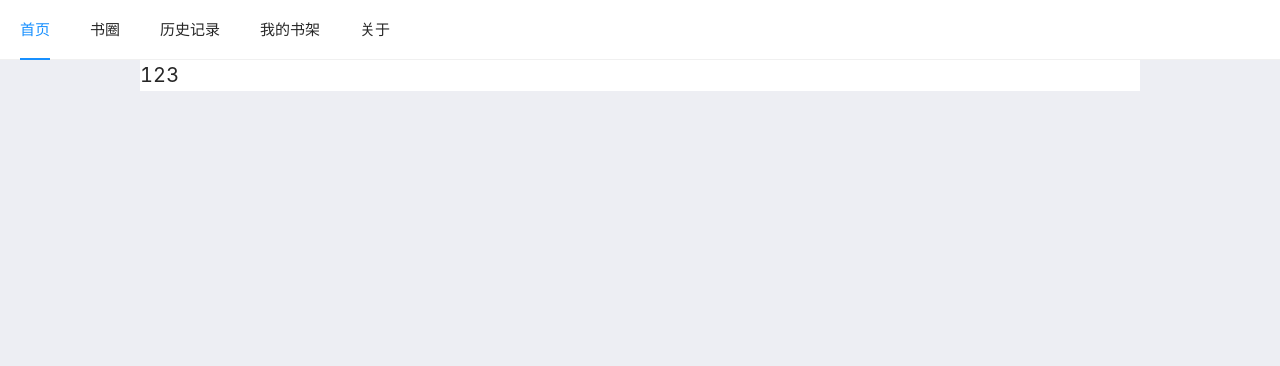
Repository: Fengjing95/book-react
Page: /
These files come from the project's save history. The page is drawn as it stood at one moment and after the next save; the edit follows.
The browser window is 1280 px wide. The pictures show the whole page.
The project was rebuilt for these pictures with package versions that can differ from the ones it lists, and the page was loaded fresh each time.

Above is the page before, as saved 2021-02-19 11:19:39.

After the next save:
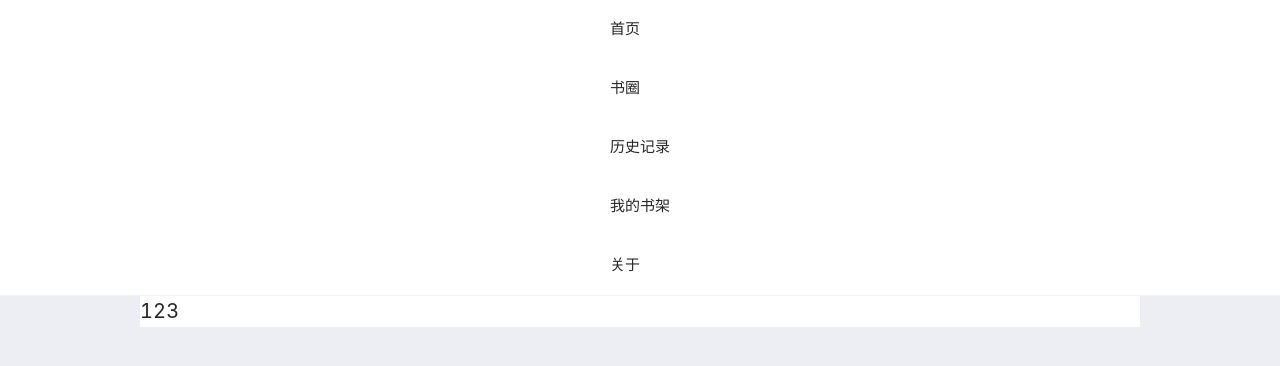
Saved 2 min 49 s later.
--- a/src/components/MyMenu/MyMenu.jsx
+++ b/src/components/MyMenu/MyMenu.jsx
@@ -29,14 +29,16 @@
       <Menu
         selectedKeys={[this.state.current]}
         mode="horizontal" onClick={this.menuHandler}
-        style={{ lineHeight: '60px', fontSize: '15px',margin: '0 auto' }}>
-        {
-          this.state.menu.map((item) => {
-            return <Menu.Item key={item.key}>
-              <Link to={item.route}>{ item.name }</Link>
-            </Menu.Item>
-          })
-        }
+        style={{ lineHeight: '60px', fontSize: '15px' }}>
+        <div style={{margin: '0 auto'}}>
+          {
+            this.state.menu.map((item) => {
+              return <Menu.Item key={item.key}>
+                <Link to={item.route}>{ item.name }</Link>
+              </Menu.Item>
+            })
+          }
+        </div>
       </Menu>
     )
   }

After the save that followed:
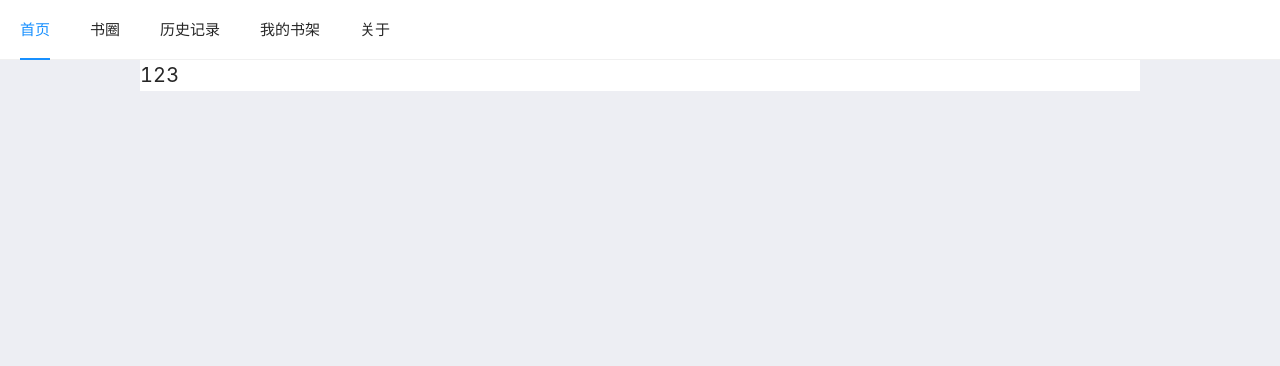
Saved 36 s later.
--- a/src/components/MyMenu/MyMenu.jsx
+++ b/src/components/MyMenu/MyMenu.jsx
@@ -30,15 +30,13 @@
         selectedKeys={[this.state.current]}
         mode="horizontal" onClick={this.menuHandler}
         style={{ lineHeight: '60px', fontSize: '15px' }}>
-        <div style={{margin: '0 auto'}}>
-          {
-            this.state.menu.map((item) => {
-              return <Menu.Item key={item.key}>
-                <Link to={item.route}>{ item.name }</Link>
-              </Menu.Item>
-            })
-          }
-        </div>
+        {
+          this.state.menu.map((item) => {
+            return <Menu.Item key={item.key}>
+              <Link to={item.route}>{ item.name }</Link>
+            </Menu.Item>
+          })
+        }
       </Menu>
     )
   }
